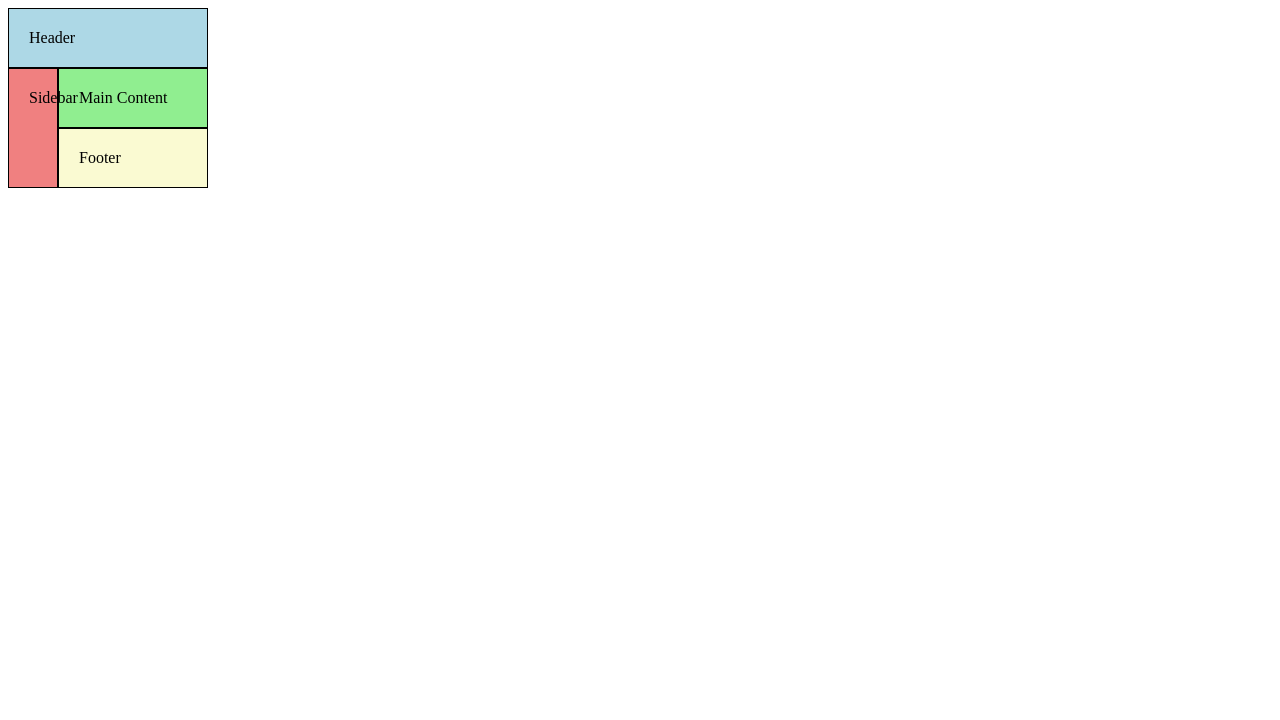
Repository: gustavotwist/desafio-grid
Page: assets/index.html
An editor plug-in stored every save of this project. The page is shown before and after a run of saves, followed by the edit.
The browser window is 1280 px wide. The pictures show the whole page.

Above is the page before, as saved 2024-08-13 18:56:05.

After the next 4 saves:
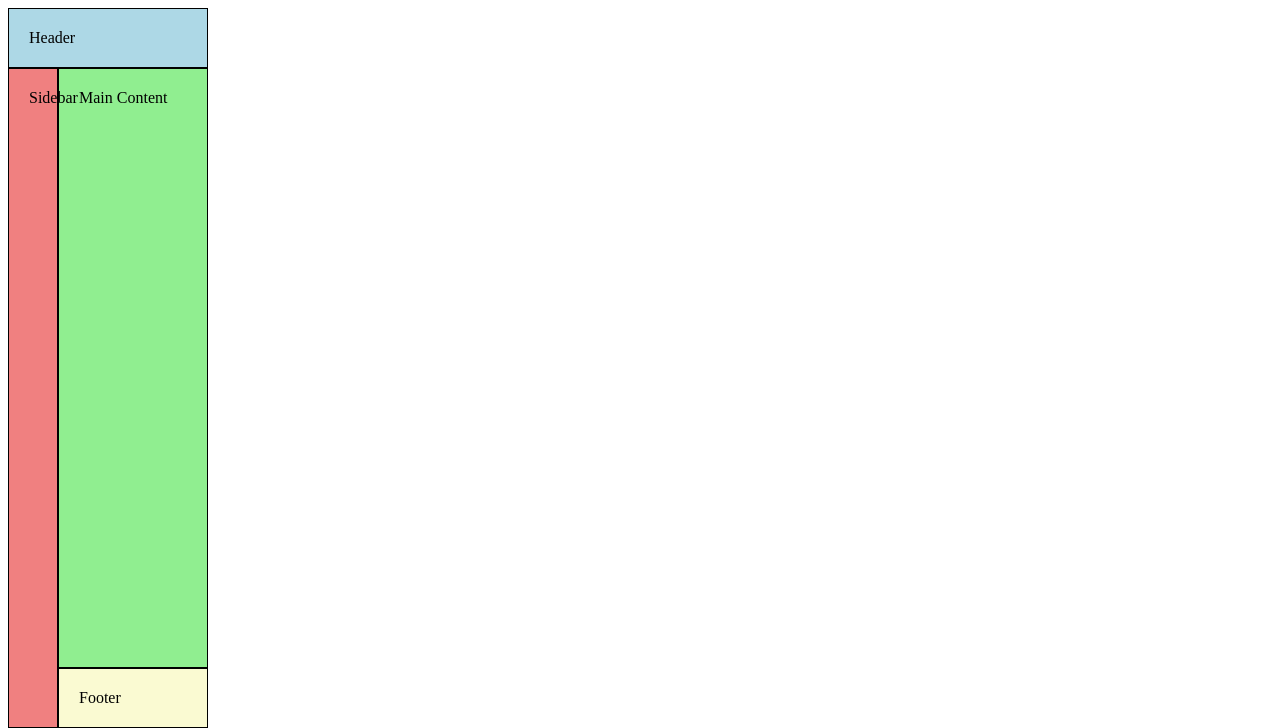
The 4 saves are shown as one change because they came seconds apart.
The last was saved 13 s later.
--- a/assets/css/style.css
+++ b/assets/css/style.css
@@ -4,7 +4,8 @@
 }*/
 
 html, body {
-    height:;
+    height: 100%;
+    ma
 }
 
 .container {
